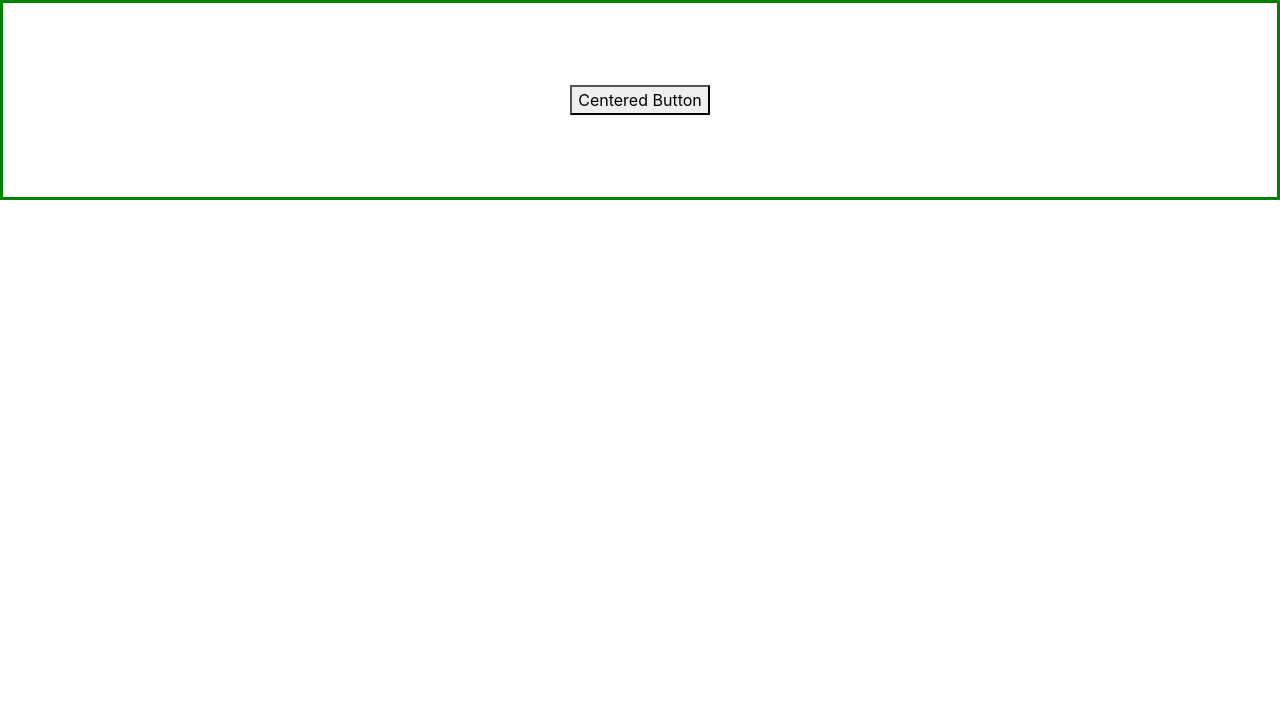
Repository: tts2610/React-Intro
Page: /
An editor plug-in stored every save of this project. The page is shown before and after the next save, followed by the edit.
The browser window is 1280 px wide. The pictures show the whole page.
Some web libraries are served in a nearby version. The project was rebuilt for these pictures with package versions that can differ from the ones it lists, and the page was loaded fresh each time. Also part of the build but not shown: src/components/ChoiceCard.js, src/components/Button.js, src/components/Result.js, src/components/History.js.

Above is the page before, as saved 2020-05-26 23:41:31.

After the next save:
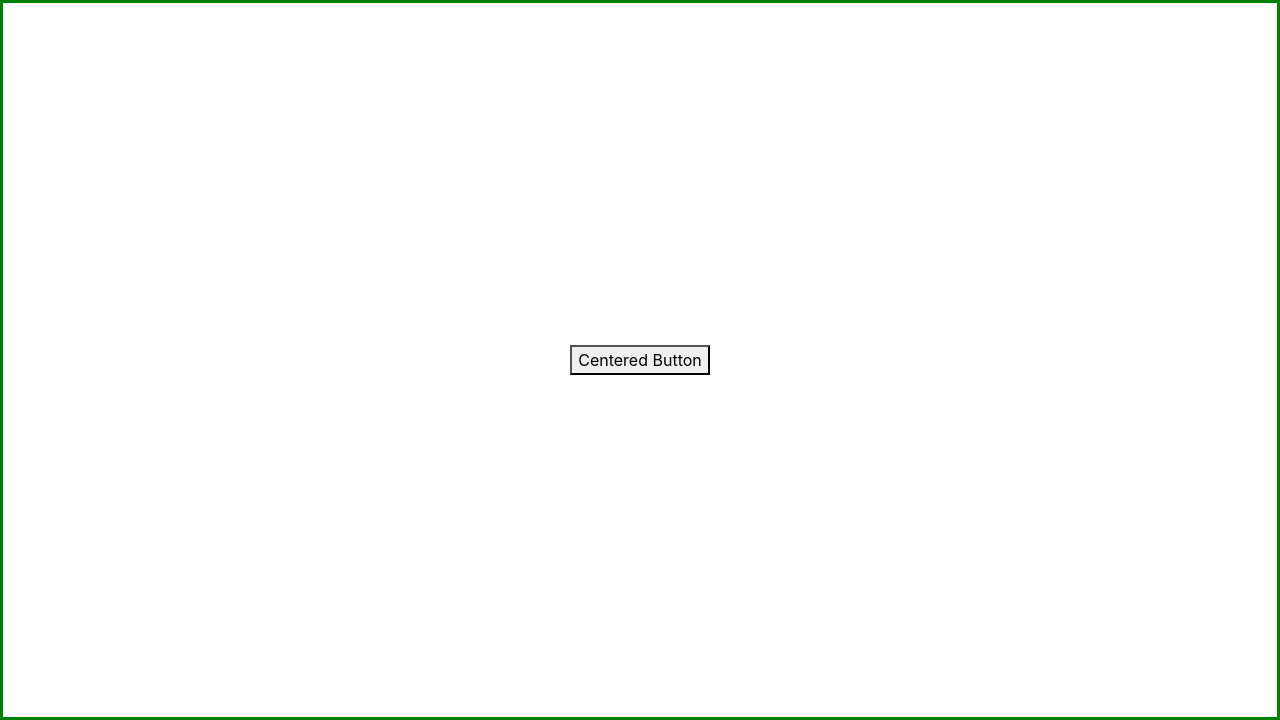
Saved 16 s later.
--- a/src/App.css
+++ b/src/App.css
@@ -128,6 +128,6 @@ h1 {
     display: flex;
     justify-content: center;
     align-items: center;
-    height: 200px;
+    height: 100vh;
     border: 3px solid green;
 }
